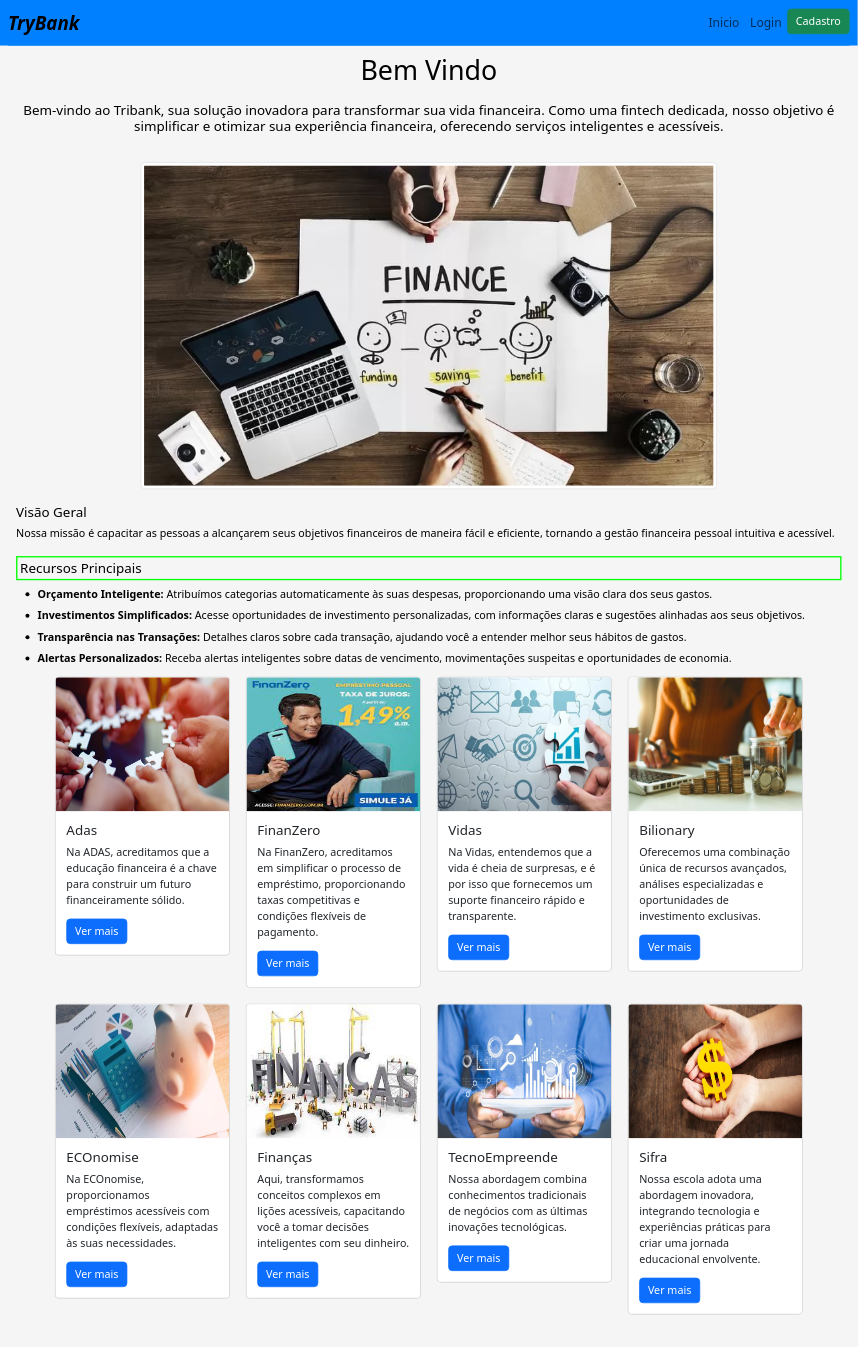
Repository: Rara05/FintechJava-Fiap
Page: http://localhost/Fintech/home.jsp
The author's editor kept a copy of each file at every save. The page is drawn from the files as they stood at one save, then again after the next save.
The browser window is 1280 px wide. The pictures show the whole page, at 67% of full size.
The page is served by Tomcat 10.

Above is the page before, as saved 2023-11-10 23:01:33.

After the next save:
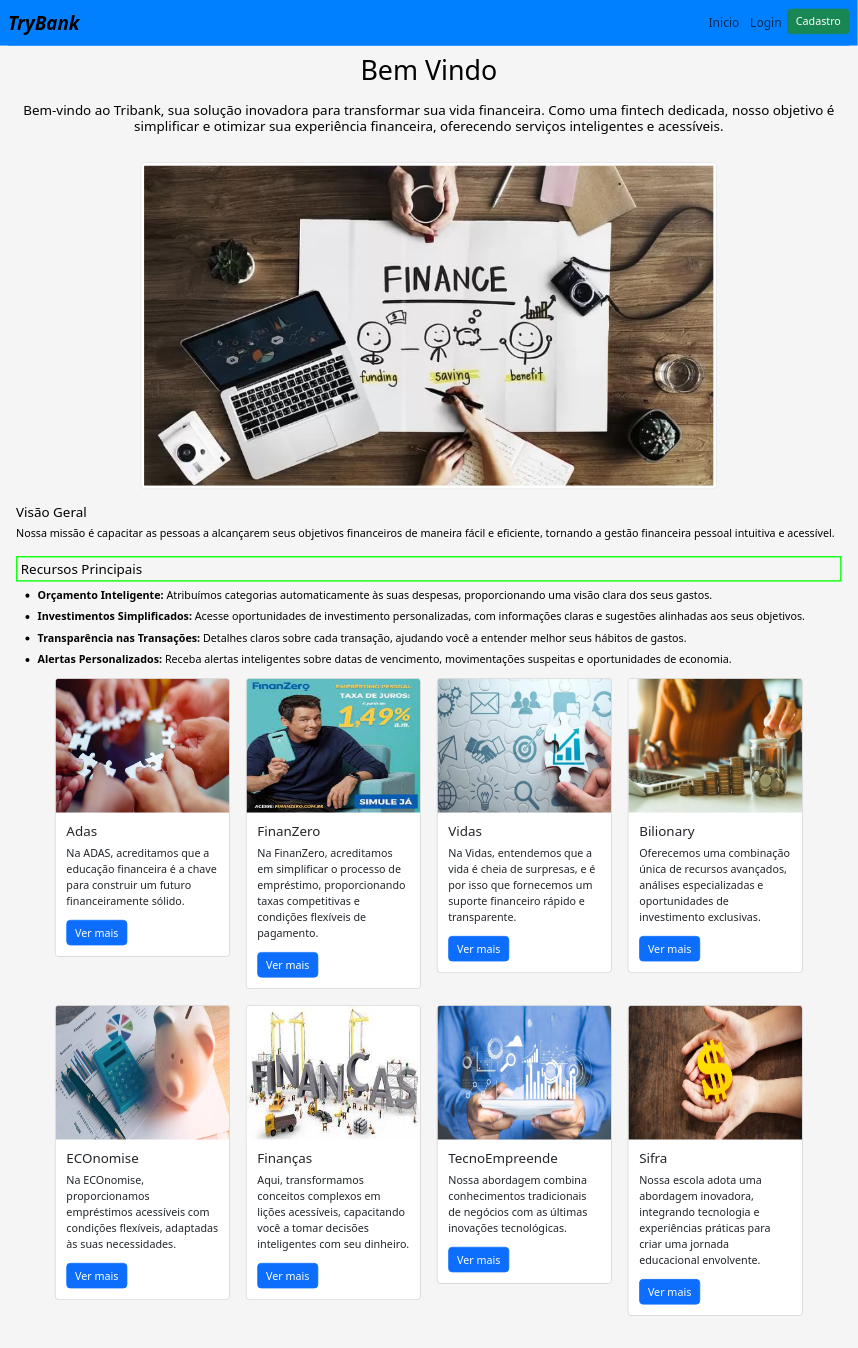
Saved 7 s later.
--- a/Fintech/WebContent/home.jsp
+++ b/Fintech/WebContent/home.jsp
@@ -49,7 +49,7 @@
 
 
 
-		<h5 class="recurso" style="margin-top: 22px; border: 2px solid #00ff00; padding: 4px;">Recursos Principais</h5>
+		<h5 class="recurso" style="margin-top: 22px; border: 2px solid #00ff00; padding: 5px;">Recursos Principais</h5>
 
     <ul>
         <li style="margin-top: 8px;"><strong>Orçamento Inteligente:</strong> Atribuímos categorias automaticamente às suas despesas, proporcionando uma visão clara dos seus gastos.</li>
